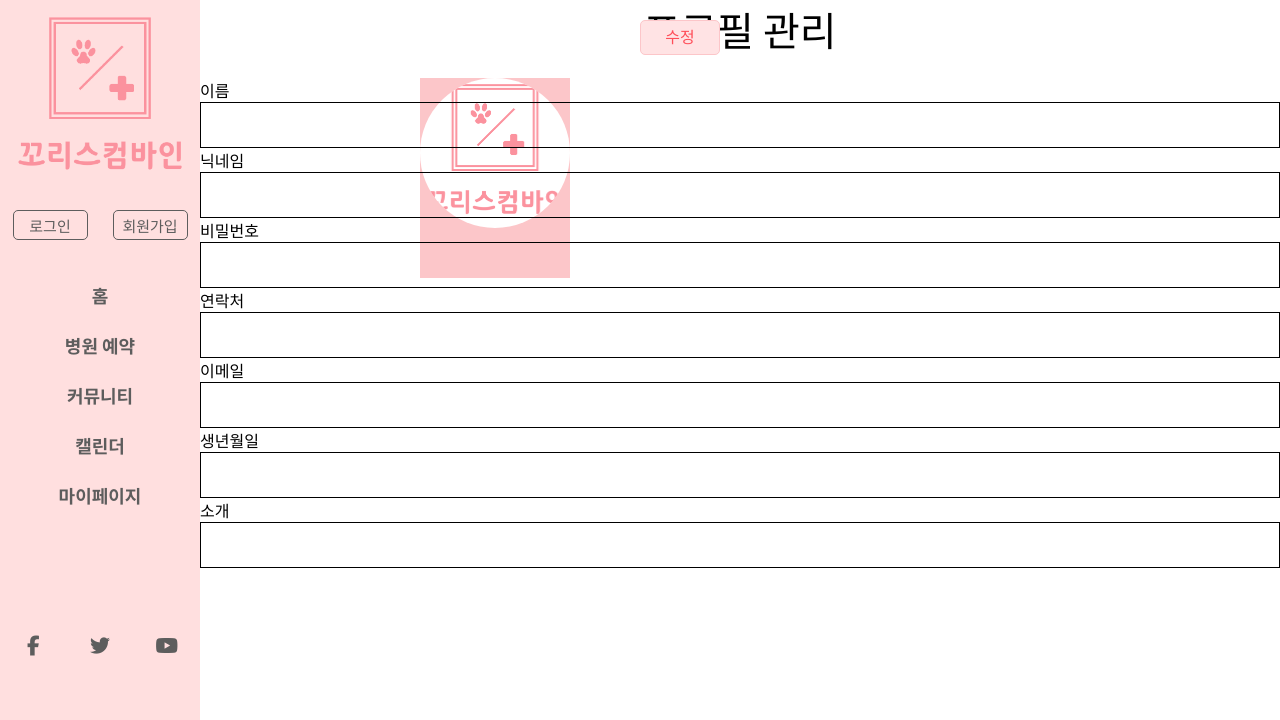
Repository: dodnam/kkoris
Page: http://localhost/1_kkoris/reservation2.jsp
These files come from the project's save history. The page is drawn as it stood at one moment and after the next save; the edit follows.
The browser window is 1280 px wide. The pictures show the whole page.
Some web libraries are served in a nearby version. The page is served by Tomcat 9.

Above is the page before, as saved 2020-02-17 15:32:57.

### 1_kkoris/WebContent/reservation2.jsp
<%@ page language="java" contentType="text/html; charset=UTF-8"
    pageEncoding="UTF-8"%>
<!DOCTYPE html>
<html>
<head>
<meta charset="UTF-8">
<title>Insert title here</title>
<link rel="stylesheet" type="text/css" href="<%= request.getContextPath() %>/css/index.css"/>
<link rel="stylesheet" type="text/css" href="<%= request.getContextPath() %>/css/layout.css"/>
<style>
	.box_con{left:220px; height:200px; background-color:#fcc6c9; position:absolute;}
	.box{width: 150px; height:150px; border-radius:70%; overflow:hidden; background-color:#fff;top:20px;}
	.profile{width: 100%; height:100%; object-fit:cover; display:block; margin:0px auto;}
	.userTitle{font-size:40px; text-align:center; top:30px;}
	.submit{line-height: 30px; text-align: center; background-color: #ffe3e4; color:#ff4e59;border: 1px solid #fcc6c9; border-radius: 5px; width: 80px; height: 35px; position: absolute;left:50%;top:20px; outline:none;}

</style>
</head>
<body>
	<%@ include file="views/layout.jsp" %>
	<div class="container">
    	<div class="userTitle">
			프로필 관리
    	</div>

    	<div class="input-container">
    		<div class="box_con">
	    		<div class="box">
	    			<img class="profile" src="<%= request.getContextPath() %>/images/logo.png">
	    		</div>
    		</div>

				<div class="input-box">
					<p class="input-label">이름</p><input type="text">
	    			<p class="input-label">닉네임</p><input type="text">
	    			<p class="input-label">비밀번호</p><input type="password">
	    			<p class="input-label">연락처</p><input type="text">
	    			<p class="input-label">이메일</p><input type="email">
	    			<p class="input-label">생년월일</p><input type="text">
	    			<p class="input-label">소개</p><input type="text">
	    		</div>
    	</div>

    	<div class="">
    		<div class="submit">수정</div>
    	</div>
	</div>
</body>
</html>

### 1_kkoris/WebContent/views/layout.jsp
<%@ page language="java" contentType="text/html; charset=UTF-8"
    pageEncoding="UTF-8"%>
<!DOCTYPE html>
<html>
<head>
<meta charset="UTF-8">
<title>Insert title here</title>
<link href="https://fonts.googleapis.com/css?family=Noto+Sans+KR&display=swap" rel="stylesheet">
<script src="https://kit.fontawesome.com/18fd811fa1.js" crossorigin="anonymous"></script> <!-- sns아이콘 -->
<link rel="stylesheet" type="text/css" href="<%= request.getContextPath() %>/css/layout.css"/> <!-- 작성할 css를 연결 -->
</head>
<body>
	<header><!-- 헤더 -->
		<h1 class="logo"></h1>
		<nav>
      		<div class="login">
	        	<div><a href="#">로그인</a></div>
	        	<div><a href="#">회원가입</a></div>
	      	</div>
	      	<ul id="navigator">
	        	<li id="nav-home">
	         		<a href="#"><span>홈</span></a>
	         	</li>
	         	<li id="nav-hospital">
	         		<span>병원 예약</span>
         			<ul class="nav2-hospital" id="nav2-hospital">
         				<li><a href="#">병원 검색</a></li>
	         			<li><a href="#">예약 확인</a></li>
	         			<li><a href="#">병원 후기</a></li>
         			</ul>
	         	</li>
	         	<li id="nav-community">
	         		<span>커뮤니티</span>
         			<ul class="nav2-community" id="nav2-community">
	         			<li><a href="#">공지사항</a></li>
	         			<li><a href="#">후기 모아보기</a></li>
	         			<li><a href="#">지식 공유</a></li>
         			</ul>
	         	</li>
	         	<li id="nav-calendar">
	         		<a href="#"><span>캘린더</span></a>
	         	</li>
	         	<li id="nav-mypage">
	         		<span>마이페이지</span>
	         		<ul class="nav2-mypage" id="nav2-mypage">
		         		<li><a href="#">내 정보</a></li>
		         		<li><a href="#">예약 조회</a></li>
		         		<li><a href="#">포인트샵</a></li>
		         		<li><a href="#">내가 쓴 글 조회</a></li>
	         		</ul>
	         	</li>
	      	</ul>
		<dl>
	    	<dt class="blind">sns</dt>
	        <dd><a href="#"><i class="fab fa-facebook-f"></i></a></dd>
	        <dd><a href="#"><i class="fab fa-twitter"></i></a></dd>
	        <dd><a href="#"><i class="fab fa-youtube"></i></a></dd>
		</dl>
		</nav>
	</header>
	<footer></footer>
</body>
</html>

### 1_kkoris/WebContent/css/index.css
@charset "UTF-8";
/* 컨테이너 */
div.container{position: absolute; top:0; left:0; padding-left:200px; height:100%; width:100%; box-sizing:border-box;}
/* 섹션이 현재 1개이기 때문에 100% 2개면 200%, 3개면 300% */
/* 참고	section:nth-of-type(1) {section 중 첫번째 section에 접근} */
section.main {position:relative; height:100%; width:100%; background: url(../images/main-bg.jpg) no-repeat center center; background-size: contain;}
section.main > article.quickMenu > ul {position: absolute; top:calc(50% - 50px); left:calc(50% - 25%); width: 50%; height: 100px; display: flex;}
section.main > article.quickMenu {position: relative; width: 100%; height: 100%; background: rgba(0, 0, 0, 0.2);}
section.main > article.quickMenu > ul > li {width: 25%; height:100px;}
section.main > article.quickMenu > ul > li > a {color: #5d5d5d; display:block; font-size: 5em; text-align:center;}
section.main > article.quickMenu > ul > li > a > span {display: block; font-size: 15px;}
section.main > article.quickMenu > ul > li > a:hover {color: #fb929e;}

### 1_kkoris/WebContent/css/layout.css
@charset "UTF-8";
* {margin: 0; padding: 0; font-family: 'Noto Sans KR', sans-serif;}
*, *:before, *:after {box-sizing: border-box;}
html, body {width: 100%; height: 100%;}
table{border-collapse: collapse;}
img,fieldset{border: none;}
ol,ul{list-style: none;}
h1,h2,h3,h4,h5,h6{font-weight: normal; font-size: 100%;}
q:after,q:before{content: "";}
abbr,acronym{border:none;} /* 축약어 */
img,input,select{vertical-align: middle;}
hr{display: none;}
a {text-decoration: none; color: #000;}
header {position: fixed; width: 200px; height: 100%; background: #ffdfdf; z-index: 30;}
input{outline: none; background: none;}
.blind{position: absolute;left: 0;top: 0;width: 0;height: 0;font-size: 0;line-height: 0;text-indent: -9999px;overflow: hidden;visibility: hidden;}
.displaynone{display: none;}

/* input타입 1 (커서유입에 따른 스타일 변화)
	<div class="input-container"><label class="input-label">아이디</label><input type=""></div>
*/
div.input-container {position: relative; display: block; margin: 20px 0;}
div.input-container > input {width: 100%; height: 40px; line-height: 40px; font-size: 16px; border: none; border-bottom: 1px solid #5d5d5d;}
div.input-container.focus > input:focus {border-bottom: 1px solid #fb929e;}
label.input-label {position: absolute; font-size: 16px; transform: translateY(10px); color: #5d5d5d; transition: transform 0.2s ease; z-index: -1;}
div.input-container.focus > label.input-label {font-size: 12px; transform: translateY(-5px); text-transform: uppercase;}
div.input-container.focus.on > label.input-label {color: #fb929e;}

/* input타입 2 (박스형)
	<div class="input-box"><p class="input-label">라벨명</p><input type=""></div>
*/
div.input-box {position: relative; display: block; margin: 20px 0;}
div.input-box > input {width: 100%; padding: 10px; font-size: 16px; border: 1px solid #000;}
p.input-label {font-size: 16px; color: #000;}
p.input-info {font-size: 14px; color: #5d5d5d;}

/* input radio
	<input type="radio" name="test"><label class="radioLabel">라벨명1</label>
	<input type="radio" name="test"><label class="radioLabel">라벨명2</label>
*/
input[type=radio] {display: none;}
label.radioLabel {display: inline-block; position: relative; padding: 0 30px; cursor: pointer; line-height: 18px;}
label.radioLabel:before, label.radioLabel:after {position: absolute; border-radius: 50%; content: '';}
label.radioLabel:before {left: 0; top: 0; width: 18px; height: 18px; border: 2px solid #000;}
label.radioLabel:after {top: 5px; left: 5px; width: 8px; height: 8px; background: #fb929e; transform: scale(0);}
input[type="radio"]:checked + label.radioLabel:before {border-color: #fb929e; }
input[type="radio"]:checked + label.radioLabel:after {transform: scale(1);}

/* input submit
	<form>에서 submit되는 버튼을 위한 css (단, 검색 등의 다른 버튼은 blue베이스 스타일로 사용)
*/
div.input-submit {display: block; text-align: center; padding: 15px;}
input[type="submit"] {min-width: 50px; height: 30px; cursor: pointer; background: #ffdfdf; color: #5d5d5d; font-size: 14px; font-weight: 600; border: none; border-radius: 5px;}
input[type="submit"]:hover {background: #fb929e; color: #fff;}

/* select 옵션  */
div > select {font-size: 10pt; width: 100px; padding: .7em .5em; font-family: inherit; background: url(https://farm1.staticflickr.com/379/19928272501_4ef877c265_t.jpg) no-repeat 95% 50%; -webkit-appearance: none; -moz-appearance: none; appearance: none; outline:none; border:1px solid #5d5d5d;}

/* input 검색 (class="search_input") */
div > span > input.search_input{width: 250px;  padding: 12px 24px; font-size: 14px; line-height: 18px; color: #575756; background-size: 18px 18px; border-radius: 50px; border: 1px solid #5d5d5d; backface-visibility: hidden; right:20px; outline:none;}


/* 영역
	<div class="container">		// 아래css 외에 특정 스타일을 주어야할 때, 클래스를 추가로 부여하여 사용했음 (ex. class="container login")
		<div class="contents">
			구현 영역
		</div>
	</div>
*/
div.container {position: absolute; top:0; left:0; padding-left:200px; width: 100%; height: 100%; margin: 0 auto; box-sizing: border-box;}
div.contents {position:relative; margin: 0 auto;}
div.contents > h2 {font-weight: 700; font-size: 30px; color: #000; padding: 15px 0; text-align: center;}


/** 헤더 **/
h1.logo {
	text-indent: -9999px; overflow: hidden; width: 180px; height: 180px;
	margin: 10px auto; /* auto는 중앙에 놓음 */
	background: url(../images/logo.png) no-repeat; background-size: contain; /*contain = h1 사이즈에 맞춤*/
}
nav > div.login {display: flex; justify-content:space-around; font-size: 15px;}
				/*블락요소로 가로 정렬 함*/
nav > div.login > div {width: 75px; height: 30px;} /* 위 아래 마진, 좌 우 마진*/
nav > div.login > div > a {display: block; width: 100%; height: 100%; line-height: 30px; text-align: center; border: 1px solid #5d5d5d; border-radius: 5px;}
nav > div.login > div > a:hover {color: #fb929e; border: none; background: #fff6f6; font-weight: 600}

/* 메뉴 */
nav {margin-top: 20px;}
nav * {color: #5d5d5d;}
nav > ul {margin-top: 30px; text-align: center;}
nav > ul > li {width: 100%;}
nav > ul > li:hover {background: #fff6f6;}
nav > ul > li span {display:block; width: 100%; height: 100%; line-height: 50px; font-size: 18px; font-weight: 600; border-radius: 10px; cursor: pointer;}
nav > ul > li span:hover {color: #fb929e;}

nav > ul > li > ul[class^=nav2] {display: none;}
nav > ul > li > ul[class^=nav2] > li > a {display: block; line-height: 40px; font-size: 16px;}
nav > ul > li > ul[class^=nav2] > li > a:hover {color: #fb929e; font-weight: 600;}

nav > ul > li:hover > ul[class^=nav2] {display: block;}

/* sns */
nav > dl {position:absolute; bottom:50px; width:100%; height:50px; display:flex; justify-content:space-around;}
nav > dl > dd {width:50px; text-align:center;}
nav > dl > dd > a {display: block; width: 100%; height:100%; font-size:20px; line-height:50px; transition:all 0.2s ease 0s;}
nav > dl > dd > a:hover {font-size:25px;}

footer {position: fixed; bottom: 10px;}

After the next save:
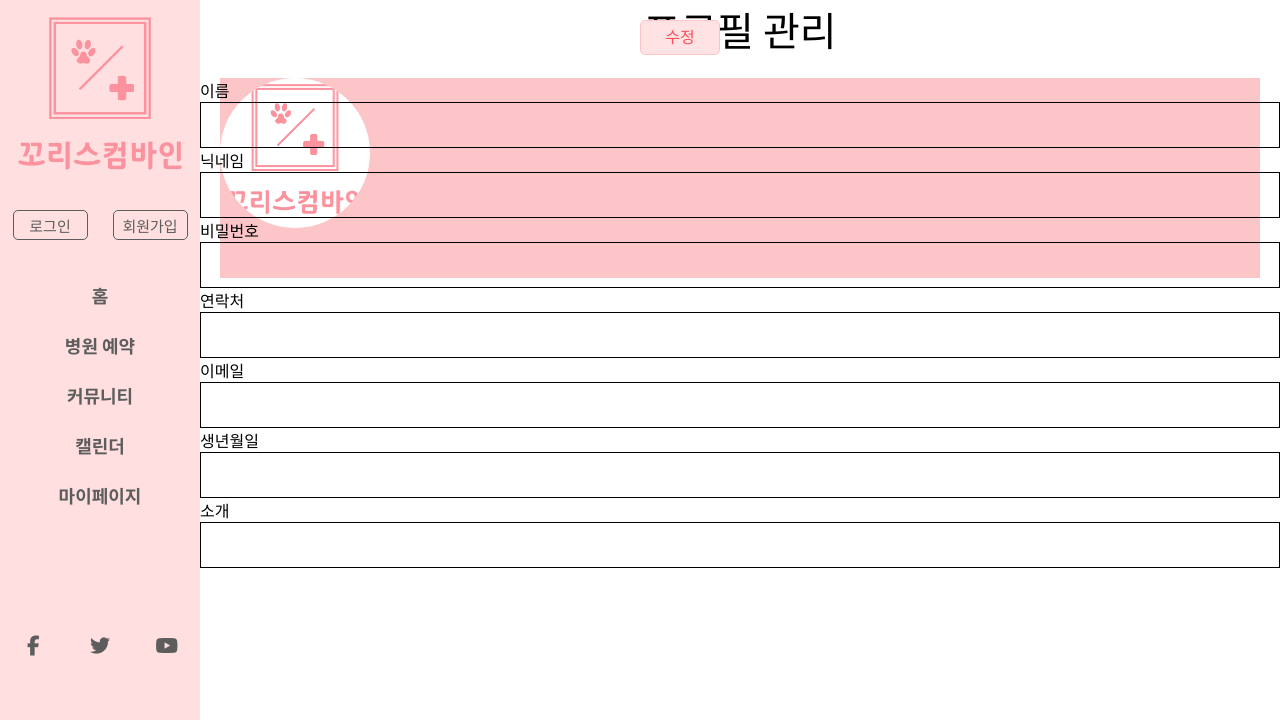
Saved 16 s later.
--- a/1_kkoris/WebContent/reservation2.jsp
+++ b/1_kkoris/WebContent/reservation2.jsp
@@ -8,7 +8,7 @@
 <link rel="stylesheet" type="text/css" href="<%= request.getContextPath() %>/css/index.css"/>
 <link rel="stylesheet" type="text/css" href="<%= request.getContextPath() %>/css/layout.css"/>
 <style>
-	.box_con{left:220px; height:200px; background-color:#fcc6c9; position:absolute;}
+	.box_con{left:20px; right:20px; height:200px; background-color:#fcc6c9; position:absolute;}
 	.box{width: 150px; height:150px; border-radius:70%; overflow:hidden; background-color:#fff;top:20px;}
 	.profile{width: 100%; height:100%; object-fit:cover; display:block; margin:0px auto;}
 	.userTitle{font-size:40px; text-align:center; top:30px;}
